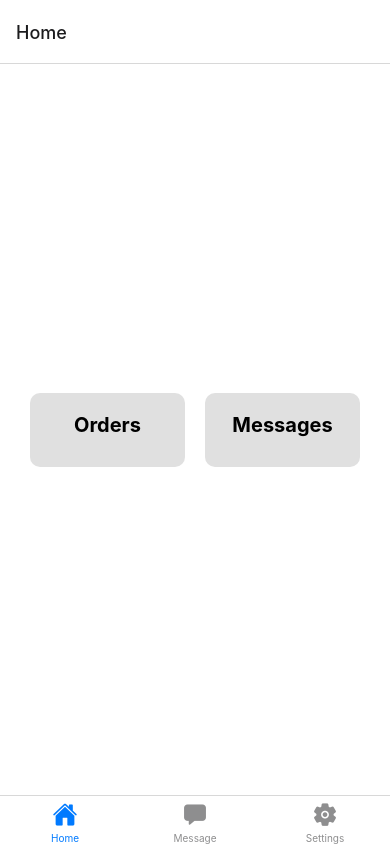
Repository: Waikato153/AwesomeProject
Screen: /
The author's editor kept a copy of each file at every save. The screen is drawn from the files as they stood at one save, then again after the next save.
The app was drawn by React Native's web renderer in a window 390 px wide. The project was rebuilt for these pictures with package versions that can differ from the ones it lists, and the page was loaded fresh each time.

Above is the screen before, as saved 2024-02-28 15:54:21.

### App.js
import * as React from 'react';
import { Text, View, StyleSheet} from 'react-native';
import { NavigationContainer } from '@react-navigation/native';
import { createBottomTabNavigator } from '@react-navigation/bottom-tabs';
import { Ionicons } from '@expo/vector-icons';

import HomeScreen from './screens/HomeScreen';

function SettingsScreen() {
  return (
    <View style={{ flex: 1, justifyContent: 'center', alignItems: 'center' }}>
      <Text>Settings!</Text>
    </View>
  );
}


const styles = StyleSheet.create({
  container: {
    flex: 1,
    justifyContent: 'center',
    backgroundColor: 'white',
    alignItems: 'center',
    padding: 8,
  },
  paragraph: {
    margin: 24,
    fontSize: 18,
    fontWeight: 'bold',
    textAlign: 'center',
  },
});

const Tab = createBottomTabNavigator();

function MyTabs() {
  return (

    <Tab.Navigator>
      <Tab.Screen
        name="Home"
        component={HomeScreen}
        options={{
          tabBarIcon: ({ color, size }) => (
            <Ionicons name="home" color={color} size={size} />
          ),
        }}
      />
      <Tab.Screen
        name="Message"
        component={SettingsScreen}
        options={{
          tabBarIcon: ({ color, size }) => (
            <Ionicons name="chatbox" color={color} size={size} />
          ),
        }}
      />
      <Tab.Screen
        name="Settings"
        component={SettingsScreen}
        options={{
          tabBarIcon: ({ color, size }) => (
            <Ionicons name="settings" color={color} size={size} />
          ),
        }}
      />
    </Tab.Navigator>



  );
}

export default function App() {
  return (
    <NavigationContainer>
      <MyTabs />
    </NavigationContainer>
  );
}

### screens/HomeScreen.js
import React from 'react';
import { View, Text, StyleSheet } from 'react-native';

const HomeScreen = () => {
  return (
    <View style={styles.container}>
      <View style={styles.block}>
        <Text style={styles.title}>Orders</Text>

      </View>
      <View style={styles.block}>
        <Text style={styles.title}>Messages</Text>

      </View>
    </View>
  );
};

const styles = StyleSheet.create({
  container: {
    flex: 1,
    flexDirection: 'row',
    justifyContent: 'space-around',
    alignItems: 'center',
    backgroundColor: '#ffffff',
    padding: 20,
  },
  block: {
    flex: 1,
    justifyContent: 'center',
    alignItems: 'center',
    backgroundColor: '#e0e0e0',
    borderRadius: 10,
    padding: 20,
    margin: 10,
  },
  title: {
    fontSize: 20,
    fontWeight: 'bold',
    marginBottom: 10,
  },
  count: {
    fontSize: 24,
    fontWeight: 'bold',
    color: '#333333',
  },
});



export default HomeScreen;

After the next save:
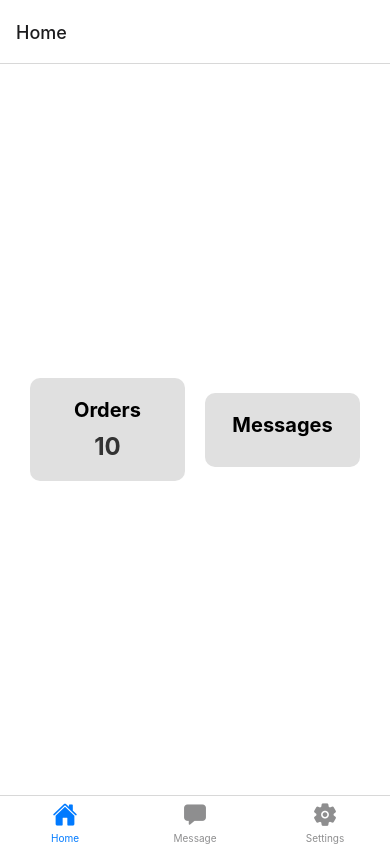
Saved 7 s later.
--- a/screens/HomeScreen.js
+++ b/screens/HomeScreen.js
@@ -6,7 +6,7 @@ const HomeScreen = () => {
     <View style={styles.container}>
       <View style={styles.block}>
         <Text style={styles.title}>Orders</Text>
-
+        <Text style={styles.count}>10</Text> {/* Example number of orders */}
       </View>
       <View style={styles.block}>
         <Text style={styles.title}>Messages</Text>
